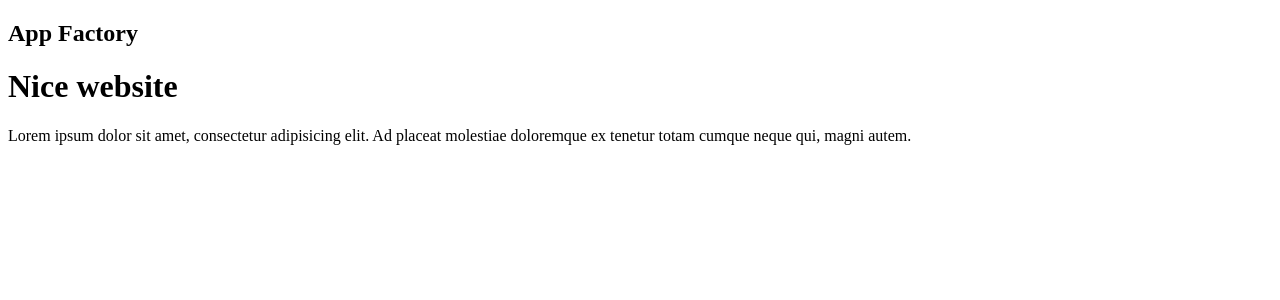
Repository: Samkiroko/app_factort_project_1
Page: index.html
The author's editor kept a copy of each file at every save. The page is drawn from the files as they stood at one save, then again after the next save.
The browser window is 1280 px wide. The pictures show the whole page.

Above is the page before, as saved 2023-02-03 15:37:15.

After the next save:
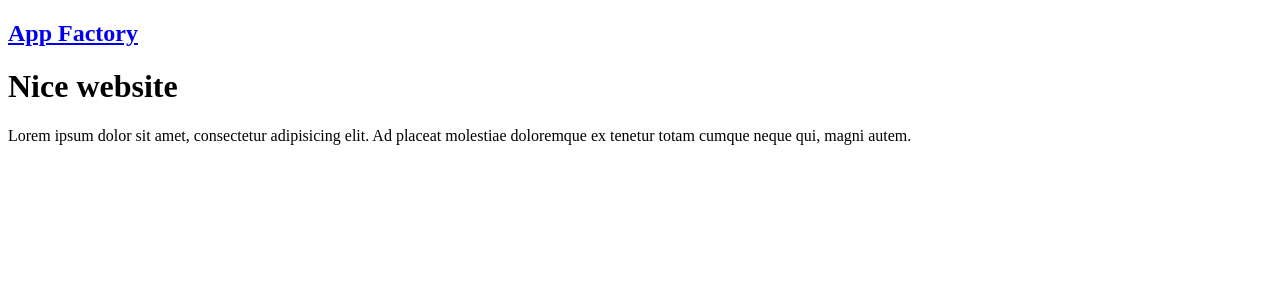
Saved 2 min 28 s later.
--- a/index.html
+++ b/index.html
@@ -9,9 +9,8 @@
 <body>
   <header>
     <div>
-      <h2><a href="index.html"></a>App Factory</h2>
+      <h2><a href="index.html">App Factory</a></h2>
     </div>
-  </header>
   <div>
     <h1>Nice website</h1>
     <p>Lorem ipsum dolor sit amet, consectetur adipisicing elit. Ad placeat molestiae doloremque ex tenetur totam cumque neque qui, magni autem.</p>
